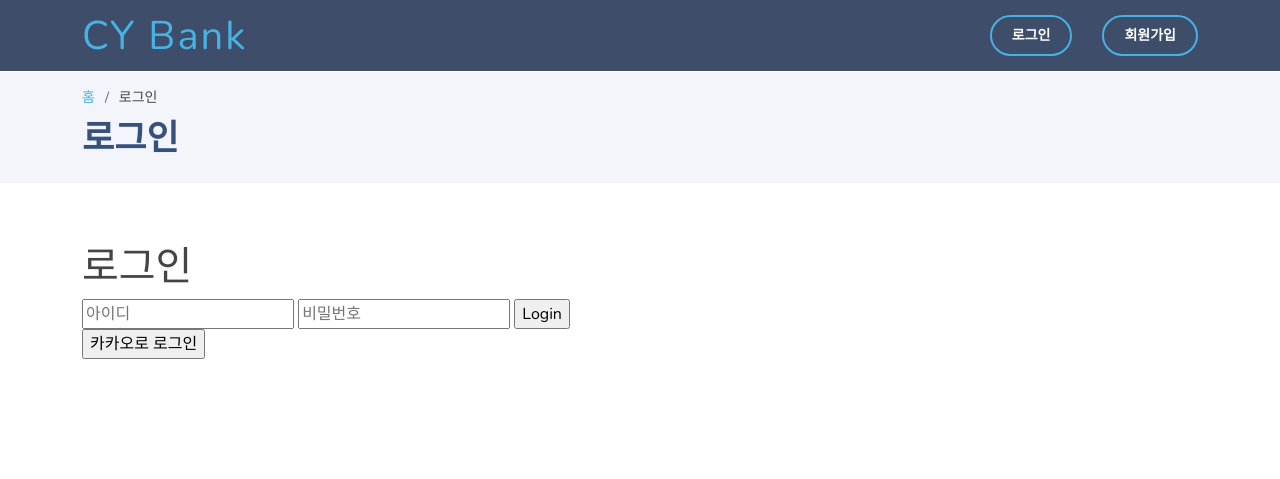
Repository: scy0814/Spring
Page: http://localhost/CYBank/jsp/login/Login.jsp
The author's editor kept a copy of each file at every save. The page is drawn from the files as they stood at one save, then again after the next save.
The browser window is 1280 px wide. The pictures show the whole page.
The page is served by Tomcat 9.

Above is the page before, as saved 2023-07-02 02:33:05.

After the next save:
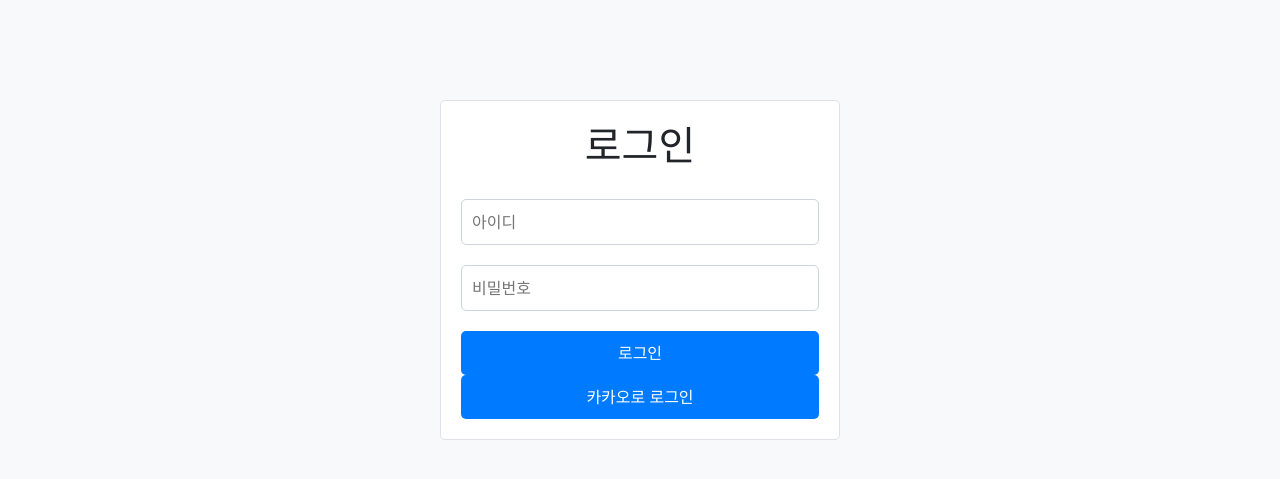
Saved 3 min 53 s later.
--- a/CYBank/src/main/webapp/jsp/login/Login.jsp
+++ b/CYBank/src/main/webapp/jsp/login/Login.jsp
@@ -1,41 +1,92 @@
-<%@ page language="java" contentType="text/html; charset=UTF-8"
-    pageEncoding="UTF-8"%>
+<%@ page language="java" contentType="text/html; charset=UTF-8" pageEncoding="UTF-8"%>
 <!DOCTYPE html>
-<html>
+<html lang="en">
 <head>
-<meta charset="UTF-8">
-<title>Insert title here</title>
+    <meta charset="UTF-8">
+    <meta http-equiv="X-UA-Compatible" content="IE=edge">
+    <meta name="viewport" content="width=device-width, initial-scale=1.0">
+    <title>로그인</title>
+    <!-- Bootstrap CSS -->
+    <link rel="stylesheet" href="https://cdn.jsdelivr.net/npm/bootstrap@5.3.0/dist/css/bootstrap.min.css">
+    <!-- Custom CSS -->
+    <style>
+        body {
+            background-color: #f8f9fa;
+        }
+
+        .container {
+            margin-top: 100px;
+        }
+
+        .login-wrapper {
+            max-width: 400px;
+            margin: 0 auto;
+            background-color: #ffffff;
+            border: 1px solid #dee2e6;
+            border-radius: 5px;
+            padding: 20px;
+        }
+
+        h1 {
+            text-align: center;
+            margin-bottom: 30px;
+        }
+
+        input[type="text"],
+        input[type="password"] {
+            width: 100%;
+            padding: 10px;
+            margin-bottom: 20px;
+            border: 1px solid #ced4da;
+            border-radius: 5px;
+        }
+
+        input[type="submit"] {
+            width: 100%;
+            padding: 10px;
+            background-color: #007bff;
+            color: #ffffff;
+            border: none;
+            border-radius: 5px;
+            cursor: pointer;
+        }
+
+        input[type="submit"]:hover {
+            background-color: #0056b3;
+        }
+
+        .kakao-login-btn {
+            width: 100%;
+            padding: 10px;
+            background-color: #ffeb00;
+            color: #000000;
+            border: none;
+            border-radius: 5px;
+            cursor: pointer;
+            text-align: center;
+        }
+
+        .kakao-login-btn:hover {
+            background-color: #ffd600;
+        }
+    </style>
 </head>
-	<header>
-<jsp:include page="/jsp/include/header.jsp" />
-</header>
 <body>
-<section id="breadcrumbs" class="breadcrumbs">
-      <div class="container">
+    <div class="container">
+        <div class="login-wrapper">
+            <h1>로그인</h1>
+            <form method="post" action="${pageContext.request.contextPath}/loginProcess.do" id="login-form">
+                <input type="text" name="id" placeholder="아이디">
+                <input type="password" name="password" placeholder="비밀번호">
+                <input type="submit" value="로그인">
+            </form>
+            <form method="post" action="${pageContext.request.contextPath}/kakaoLogin.do">
+                <input type="submit" class="kakao-login-btn" value="카카오로 로그인">
+            </form>
+        </div>
+    </div>
 
-        <ol>
-          <li><a href="/index.jsp">홈</a></li>
-          <li>로그인</li>
-        </ol>
-        <h2 style="font-size : 35px;">로그인</h2>
-
-      </div>
-    </section><!-- End Breadcrumbs -->
-
-    <section class="inner-page">
-      <div class="container">
-    <div class="login-wrapper">
-        <h1>로그인</h1>
-        <form method="post" action="${pageContext.request.contextPath }/loginProcess.do" id="login-form">
-            <input type="text" name="id" placeholder="아이디">
-            <input type="password" name="password" placeholder="비밀번호">
-            <input type="submit" value="Login">
-        </form>
-        	<form method="post" action="${pageContext.request.contextPath }/kakaoLogin.do" >
-           <input type="submit" value="카카오로 로그인">
-        	</form>
-    </div>
-    </div>
-    </section>
+    <!-- Bootstrap JS -->
+    <script src="https://cdn.jsdelivr.net/npm/bootstrap@5.3.0/dist/js/bootstrap.bundle.min.js"></script>
 </body>
 </html>
